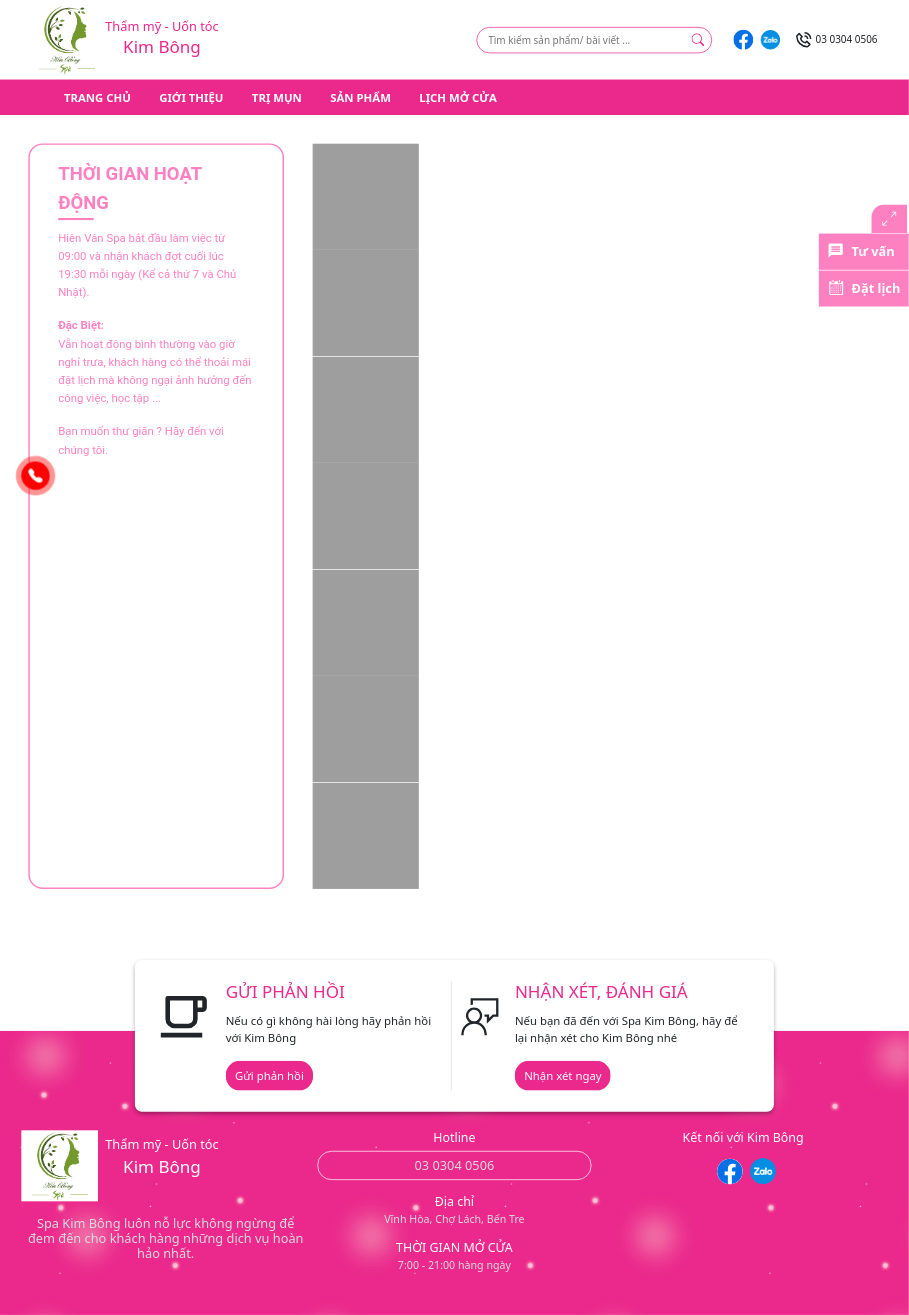
Repository: tranduykhuong/SpaKimBong
Page: /calendar
These files come from the project's save history. The page is drawn as it stood at one moment and after the next save; the edit follows.
The browser window is 1280 px wide. The pictures show the whole page, at 71% of full size.
Pictures or frames that could not be fetched are drawn as grey boxes. The project was rebuilt for these pictures with package versions that can differ from the ones it lists, and the page was loaded fresh each time. Also part of the build but not shown: src/components/Banner/banner.scss, src/components/Banner/Banner.js, src/pages/Home/home.scss, src/pages/Home/ListImage/listImage.scss, src/pages/Home/ListImage/ListImage.js, src/pages/Home/BookOnline/bookOnl.scss, src/pages/Home/BookOnline/Modal/ModalBook/modalbook.scss, src/pages/Home/BookOnline/Modal/ModalBook/modalbook.js and 24 more.

Above is the page before, as saved 2022-06-06 23:56:07.

### src/App.js
import "./App.scss";
import Header from "./components/Header/Header";
import Home from "./pages/Home/Home";
import "bootstrap/dist/css/bootstrap.min.css";
import { Route, Routes } from "react-router-dom";
import About from "./pages/About/About";
import Products from "./pages/Product/Products";
import ProductDetail from "./pages/Product/ProductDetail/ProductDetail";
import AcneTreatment from "./pages/AcneTreatment/AcneTreatment";
import ContactToolbox from "./components/ContactToolbox/ContactToolbox";
import BackToTop from "./components/BackToTop/BackToTop";
import PhoneTool from "./components/PhoneTool/PhoneTool";
import Calendar from "./pages/Calendar/Calendar";

function App() {
  return (
    <div className="App">
      <Header />
      <ContactToolbox />
      <BackToTop />
      <PhoneTool />
      <Routes>
        <Route path="/" element={<Home />} />
        <Route path="/about" element={<About />} />
        <Route path="/products" element={<Products />} />
        <Route path="/acne" element={<AcneTreatment />} />
        <Route path="/calendar" element={<Calendar />} />

        <Route path="/products/1" element={<ProductDetail />} />
      </Routes>
    </div>
  );
}

export default App;

### src/components/Header/Header.js
import React, { useEffect, useState } from "react";
import "./header.scss";
import { BsSearch, BsFacebook } from "react-icons/bs";
import { BiPhoneCall } from "react-icons/bi";
import { Link, useLocation } from "react-router-dom";

function Header() {
  const path = useLocation().pathname;
  const [fixedNavbar, setFixedNavbar] = useState(false);

  useEffect(() => {
    const handleScroll = () => {
      if (window.scrollY < 1) {
        setFixedNavbar(true);
      }

      if (window.scrollY > 170) setFixedNavbar(true);
      else setFixedNavbar(false);
    };

    window.addEventListener("scroll", handleScroll);

    return () => {
      window.removeEventListener("scroll", handleScroll);
    };
  }, []);

  useEffect(() => {
    window.scrollTo(0, 0);
  }, [path]);

  return (
    <div className="header">
      <div className={"infor " + (fixedNavbar ? "mg-navbar" : "")}>
        <div className="logo">
          <img src="../../img/logoSpa.png" alt="" />
          <div className="nameSpa">
            <h4>Thẩm mỹ - Uốn tóc</h4>
            <h2>Kim Bông</h2>
          </div>
        </div>

        <div className="search">
          <input type="text" placeholder="Tìm kiếm sản phẩm/ bài viết ..." />
          <a className="icon">
            <BsSearch className="iconSearch" />
          </a>
        </div>

        <div className="contact">
          <a href="/" className="icon">
            <BsFacebook className="iconFacebook" />
          </a>
          <a href="/" className="icon">
            <img src="../../img/Zalo.png" alt="" className="iconZalo" />
          </a>

          <div className="phone">
            <BiPhoneCall className="iconPhone" />
            <h3>03 0304 0506</h3>
          </div>
        </div>
      </div>
      <div className={"myNavbar " + (fixedNavbar ? "fixedNavbar" : "")}>
        <div className="navbarContent">
          <ul className="navbarList">
            <li className={path === "/" ? "active" : ""}>
              <Link to="/">TRANG CHỦ</Link>
            </li>
            <li className={path === "/about" ? "active" : ""}>
              <Link to="/about">GIỚI THIỆU</Link>
            </li>
            {/* <li className={path === "/skin" ? "active" : ""}>
              <Link to="/">CHĂM SÓC DA</Link>
            </li> */}
            <li className={path === "/acne" ? "active" : ""}>
              <Link to="/acne">TRỊ MỤN</Link>
            </li>
            <li className={path === "/products" ? "active" : ""}>
              <Link to="/products">SẢN PHẨM</Link>
            </li>
            <li className={path === "/open-time" ? "active" : ""}>
              <Link to="/calendar">LỊCH MỞ CỬA</Link>
            </li>
          </ul>
        </div>
      </div>
    </div>
  );
}

export default Header;

### src/components/ContactToolbox/ContactToolbox.js
import React, { useState } from "react";
import "./contactToolbox.scss";
import { MdMessage } from "react-icons/md";
import { GoCalendar } from "react-icons/go";
import { BsArrowsAngleExpand } from "react-icons/bs";

const ContactToolbox = () => {
  const [hidden, setHidden] = useState(false);

  return (
    <div className="contactFixed">
      <div className="toolboxScroll" onClick={() => setHidden((prev) => !prev)}>
        <BsArrowsAngleExpand className="iconArrow" />
      </div>
      <div className={"toolboxList " + (hidden ? "hidden" : "open")}>
        <div className="advise toolboxItem">
          <MdMessage className="iconMessage" />
          <p>Tư vấn</p>
        </div>
        <div className="book toolboxItem">
          <GoCalendar className="iconCalendar" />
          <p>Đặt lịch</p>
        </div>
      </div>
    </div>
  );
};

export default ContactToolbox;

### src/components/BackToTop/BackToTop.js
import React, { useEffect, useState } from "react";
import "./backToTop.scss";
import { FaRegArrowAltCircleUp } from "react-icons/fa";

const BackToTop = () => {
  const [clicked, setClick] = useState(true);
  const [hiddenArrow, setHiddenArrow] = useState(true);

  useEffect(() => {
    const handleScroll = () => {
      if (window.scrollY > 550) setHiddenArrow(false);
      else setHiddenArrow(true);
    };
    window.addEventListener("scroll", handleScroll);
    return () => {
      window.removeEventListener("scroll", handleScroll);
    };
  }, []);

  useEffect(() => {
    window.scrollTo(0, 0);
  }, [clicked]);

  return (
    <div
      className={"backToTop " + (hiddenArrow ? "" : "show")}
      onClick={() => setClick((prev) => !prev)}
    >
      <FaRegArrowAltCircleUp className="icon" />
    </div>
  );
};

export default BackToTop;

### src/components/PhoneTool/PhoneTool.js
import React from "react";
import "./phoneTool.scss";
import { BsFillTelephoneFill } from "react-icons/bs";

const PhoneTool = () => {
  return (
    <div className="phoneTool">
      <div className="phone">
        <BsFillTelephoneFill className="iconPhone" />
      </div>
      <div className="circle"></div>
    </div>
  );
};

export default PhoneTool;

### src/components/Header/header.scss
@import '../../SCSS/base/variables.scss';
$height-navbar: 5rem;

.header {
    .mg-navbar {
        margin-bottom: $height-navbar;
    }

    .infor {
        max-width: 1200px;
        padding: .6rem 0;
        display: flex;
        justify-content: space-between;
        margin: 0 auto;

        .logo {
            display: flex;
            flex: 1;

            img {
                height: 10rem;
            }

            .nameSpa {
                color: $main-color;
                margin: auto 0;

                h4 {
                    font-size: 1.8rem;
                    font-weight: 500;
                }

                h2 {
                    font-size: 2.4rem;
                }
            }
        }


        .search {
            margin: auto 0;
            border-radius: 50px;
            border: solid .1rem $main-color;
            height: 37px;
            display: flex;

            input {
                font-size: 1.4rem;
                margin: auto 16px;
                min-width: 26rem;
                border: none;
                outline: none;
            }

            .icon {
                margin: auto 10px;
                cursor: pointer;
            }

            .iconSearch {
                width: 1.8rem;
                height: 1.8rem;
                color: $main-color;

                &:hover {
                    color: #f867b2;
                }
            }
        }

        .contact {
            display: flex;
            margin-left: 20px;

            .icon {
                margin: auto 0;
                margin-left: 10px;

            }

            .iconFacebook {
                width: 2.8rem;
                height: 2.8rem;
                color: rgba($color: #0570e6, $alpha: 1.0);
            }

            .iconZalo {
                width: 2.8rem;
                height: 2.8rem;
                border-radius: 50%;
            }

            .phone {
                margin: auto 0;
                margin-left: 20px;
                display: flex;

                .iconPhone {
                    width: 2.6rem;
                    height: 2.6rem;
                }

                h3 {
                    font-size: 1.4rem;
                    font-weight: 500;
                    margin: auto 4px;
                }
            }

        }
    }

    .fixedNavbar {
        position: fixed;
        top: 0;
        left: 0;
        z-index: 50;
        width: 100%;
        animation: fixedNavbar 1s forwards;
    }

    @keyframes fixedNavbar {
        from {
            top: -5rem;
            opacity: 0;
        }

        to {
            top: 0;
            opacity: 1;
        }
    }

    .myNavbar {
        height: $height-navbar;
        background-color: $main-color;

        .navbarContent {
            max-width: 1200px;
            margin: 0 auto;

            .navbarList {
                display: flex;
                margin: 0 1rem;
                // justify-content: space-evenly;

                li {
                    list-style: none;

                    a {
                        line-height: $height-navbar;
                        height: $height-navbar;
                        display: block;
                        color: #fff;
                        font-size: 1.6rem;
                        font-weight: 600;
                        text-decoration: none;
                        padding: 0 2rem;
                    }

                    &:hover {
                        background-color: #f844a1;
                        cursor: pointer;
                    }
                }

                .active {
                    background-color: #dd0876;
                }
            }
        }
    }
}

### src/components/Footer/Footer.js
import React, { useEffect } from "react";
import "./footer.scss";
import { BsFacebook } from "react-icons/bs";
import { RiCupLine } from "react-icons/ri";
import { VscFeedback } from "react-icons/vsc";

const Footer = () => {
  return (
    <div className="footer">
      <div className="logo">
        <div className="info">
          <img src="../../img/logoSpa.png" alt="" />
          <div className="nameSpa">
            <h4>Thẩm mỹ - Uốn tóc</h4>
            <h2>Kim Bông</h2>
          </div>
        </div>

        <h5>
          Spa Kim Bông luôn nỗ lực không ngừng để đem đến cho khách hàng những
          dịch vụ hoàn hảo nhất.
        </h5>
      </div>

      <div className="address">
        <h3>Hotline</h3>
        <div className="hotline">03 0304 0506</div>
        <h3>Địa chỉ</h3>
        <h4>Vĩnh Hòa, Chợ Lách, Bến Tre</h4>
        <h3>THỜI GIAN MỞ CỬA</h3>
        <h4>7:00 - 21:00 hàng ngày</h4>
      </div>
      <div className="contact">
        <h3>Kết nối với Kim Bông</h3>
        <a href="/" className="icon">
          <BsFacebook className="iconFacebook" />
        </a>
        <a href="/" className="icon">
          <img src="../../img/Zalo.png" alt="" className="iconZalo" />
        </a>
      </div>

      <div className="subFooter">
        <div className="report">
          <RiCupLine className="icon" />
          <div>
            <h3>Gửi phản hồi</h3>
            <p>Nếu có gì không hài lòng hãy phản hồi với Kim Bông</p>
            <div className="btn">Gửi phản hồi</div>
          </div>
        </div>
        <div className="feedback">
          <VscFeedback className="icon" />
          <div>
            <h3>Nhận xét, Đánh giá</h3>
            <p>
              Nếu bạn đã đến với Spa Kim Bông, hãy để lại nhận xét cho Kim Bông
              nhé
            </p>
            <div className="btn">Nhận xét ngay</div>
          </div>
        </div>
      </div>
    </div>
  );
};

export default Footer;

### src/components/ContactToolbox/contactToolbox.scss
.contactFixed {
    position: fixed;
    top: 50%;
    transform: translateY(-50%);
    right: 0;
    z-index: 100;
    cursor: pointer;

    .toolboxScroll {
        border-top-left-radius: 1.8rem;
        background-color: rgba($color: #fc2c97, $alpha: 0.6);
        width: 5rem;
        padding: 1rem;
        color: #fff;
        transform: translateX(149%);
        border-bottom: 1px solid #fff;

        .iconArrow {
            width: 2rem;
            height: 2rem;
        }
    }

    .toolboxList {
        background-color: rgba($color: #fc2c97, $alpha: 0.6);


        .toolboxItem {
            display: flex;
            padding: 1.2rem;
            color: #fff;

            p {
                font-size: 1.8rem;
                margin: 0;
                padding-left: 1rem;
                font-weight: 600;
            }
        }

        .advise {
            border-bottom: 1px solid #fff;

            .iconMessage {
                width: 2.4rem;
                height: 2.4rem;
            }
        }

        .book {

            .iconCalendar {
                width: 2.4rem;
                height: 2.4rem;
            }
        }
    }

    .hidden {
        animation: toRight 0.8s linear forwards;
    }

    .open {
        animation: toLeft 0.8s linear backwards;
    }

    @keyframes toRight {
        to {
            transform: translateX(62%);
        }
    }

    @keyframes toLeft {
        from {
            transform: translateX(62%);

        }

        to {
            transform: translateX(0);
        }
    }
}

### src/components/BackToTop/backToTop.scss
.backToTop {
    position: fixed;
    bottom: 2rem;
    right: 2rem;
    z-index: 100;
    display: none;

    .icon {
        width: 4rem;
        height: 4rem;
        color: #fa72b8;
        cursor: pointer;
    }
}

.show {
    animation: FadeIn 0.8s forwards;
    display: block;

    @keyframes FadeIn {
        from {
            bottom: 0;
        }

        to {
            bottom: 2rem;
        }
    }
}

### src/components/PhoneTool/phoneTool.scss
.phoneTool {
    position: fixed;
    width: 6rem;
    height: 6rem;
    left: 1rem;
    border-radius: 50%;
    bottom: 3rem;
    z-index: 100;
    cursor: pointer;

    .phone {
        position: absolute;
        z-index: 5;
        top: 34%;
        left: 34%;
        background-color: red;
        padding: 1rem;
        border-radius: 50%;
        animation: phoneSkin 1s infinite ease-in-out;

        .iconPhone {
            height: 2rem;
            width: 2rem;
            color: #fff;

        }

        @keyframes phoneSkin {
            0% {
                transform: rotate(0) scale(1) skew(1deg);
            }

            10% {
                transform: rotate(-25deg) scale(1) skew(1deg);
            }

            20% {
                transform: rotate(25deg) scale(1) skew(1deg);
            }

            30% {
                transform: rotate(-25deg) scale(1) skew(1deg);
            }

            40% {
                transform: rotate(25deg) scale(1) skew(1deg);
            }

            50% {
                transform: rotate(0) scale(1) skew(1deg);
            }

            100% {
                transform: rotate(0) scale(1) skew(1deg);
            }
        }
    }

    .circle {
        position: absolute;
        width: 6rem;
        height: 6rem;
        border-radius: 50%;
        top: 16%;
        left: 16%;
        background-color: rgba($color: rgb(255, 42, 42), $alpha: 0.5);
        animation: zoom 1s infinite;

        @keyframes zoom {
            0% {
                transform: scale(0.9);
            }

            70% {
                transform: scale(1);
                box-shadow: 0 0 0 15px transparent;
            }

            100% {
                transform: scale(0.9);
                box-shadow: 0 0 0 0 transparent;
            }
        }
    }
}

### src/pages/Calendar/calendar.scss
.container-calendar {
  .container-bg-calendar {
    .calendar {
      display: flex;
      width: 100%;
      text-align: left;
      padding: 4rem;
      font-family: "Roboto", sans-serif;

      .calendar-content {
        width: 30%;
        border: solid 2px #fd80c1;
        // border-bottom-left-radius: 20px;
        // border-top-left-radius: 20px;
        // border-top-right-radius: 20px;
        border-radius: 20px;
        padding: 2rem 4rem 0;
        margin-right: 4rem;
        h3 {
          margin: 0 0 13px;
          color: #fd80c1;
          font-size: 26px;
          font-weight: bold;
          line-height: 1.6;
        }

        h3:after {
          content: "";
          display: block;
          width: 5rem;
          height: 0.25rem;
          background: #fd80c1;
        }

        #special {
          color: #fd80c1;
          font-size: 16px;
          line-height: 1.6;
          margin-bottom: 0;
        }

        p {
          margin: 0 0 21px;
          color: #fd80c1;
          font-size: 16px;
          line-height: 1.6;
        }
      }

      .calendar-boxs-day {
        width: 70%;
        border: solid 2px #fd80c1;
        border-radius: 20px;
        //padding: 2rem 4rem 0;

        .calendar-boxs {
          display: flex;
          width: 100%;
          justify-content: space-evenly;

          .calendar-box {
            width: 14.2857142857%;
            //border: solid 2px #fd80c1;
          }
        }
      }
    }
  }
}

### src/SCSS/base/variables.scss
$main-color: #eb288c;
$text-color: #444;
$title-color: #fff;

### src/components/Footer/footer.scss
@import '../../SCSS/base/variables.scss';

.footer {
    background-image: url(../../../public/img/sparkle1.png), url(../../../public/img/sparkle2.png);
    width: 100%;
    height: 400px;
    background-color: $main-color;
    animation: sparkle 60s linear infinite;
    padding: 14rem 3rem 0;
    display: flex;
    justify-content: space-around;
    position: relative;
    margin-top: 16rem;

    .logo {
        flex: 1;

        .info {
            display: flex;

            img {
                height: 10rem;
            }

            .nameSpa {
                color: $title-color;
                margin: 1rem;

                h4 {
                    font-size: 1.8rem;
                    font-weight: 500;
                }

                h2 {
                    font-size: 2.4rem;
                }
            }
        }

        h5 {
            margin: 2rem .6rem;
            font-size: 1.8rem;
            font-weight: 400;
            color: #ddd;
        }
    }

    .contact {
        flex: 1;
        text-align: center;

        h3 {
            margin-bottom: 1.8rem;
            color: $title-color;
        }

        .icon {
            margin: auto 0;
            margin-left: 10px;

        }

        .iconFacebook {
            width: 3.6rem;
            height: 3.6rem;
            color: rgba($color: #0570e6, $alpha: 1.0);
            background-color: $title-color;
            border-radius: 50%;
        }

        .iconZalo {
            width: 3.7rem;
            height: 3.7rem;
            border-radius: 50%;
        }
    }

    .address {
        color: #ddd;
        flex: 1;
        text-align: center;

        h3 {
            // margin-bottom: 2rem;
            color: $title-color;
        }

        h4 {
            margin-bottom: 2rem;
        }

        .hotline {
            padding: .6rem;
            font-size: 1.8rem;
            margin: .8rem 1rem 2rem;
            border: 1px solid $title-color;
            border-radius: 2rem;

            &:hover {
                color: $title-color;
                cursor: pointer;
            }
        }
    }

    @keyframes sparkle {
        0% {
            background-position: 0px 0px, 0px 0px, 0px 0px;
        }

        100% {
            background-position: -500px -1000px, -400px -400px, 300px 300px;
        }
    }

    .subFooter {
        width: 100%;
        max-width: 90rem;
        min-height: 20rem;
        box-shadow: 0 3px 6px -4px rgba(0, 0, 0, 0.2), 0 3px 6px rgba(0, 0, 0, 0.3);

        background-color: #fff;
        border-radius: 1rem;
        z-index: 50;
        top: -10rem;
        left: 50%;
        transform: translateX(-50%);
        position: absolute;
        display: flex;
        padding: 3rem;
        justify-content: space-around;

        .report,
        .feedback {
            display: flex;
            flex: 1;
            justify-content: center;
            text-align: left;

            h3 {
                text-transform: uppercase;
                font-size: 2.4rem;
                color: $main-color;
            }

            p {
                font-size: 1.6rem;
                padding: 1rem 1.4rem 1rem 0;
            }

            .icon {
                height: 10rem;
                width: 10rem;
                margin-right: 2rem;
            }

            .btn {
                padding: 0.8rem 1.2rem;
                background-color: $main-color;
                border-radius: 2rem;
                font-size: 1.6rem;
                color: #fff;

                &:hover {
                    background-color: #cc1574;
                }
            }
        }

        .report {
            border-right: 1px solid #ddd;
        }

        .feedback {
            margin-left: 1rem;
        }
    }
}

Loaded but not shown: public/index.html (common file); src/index.js (common file); src/index.css (common file); src/reportWebVitals.js (common file); src/App.scss (common file); src/pages/Calendar/Calendar.js (86 lines, source omitted)

After the next save:
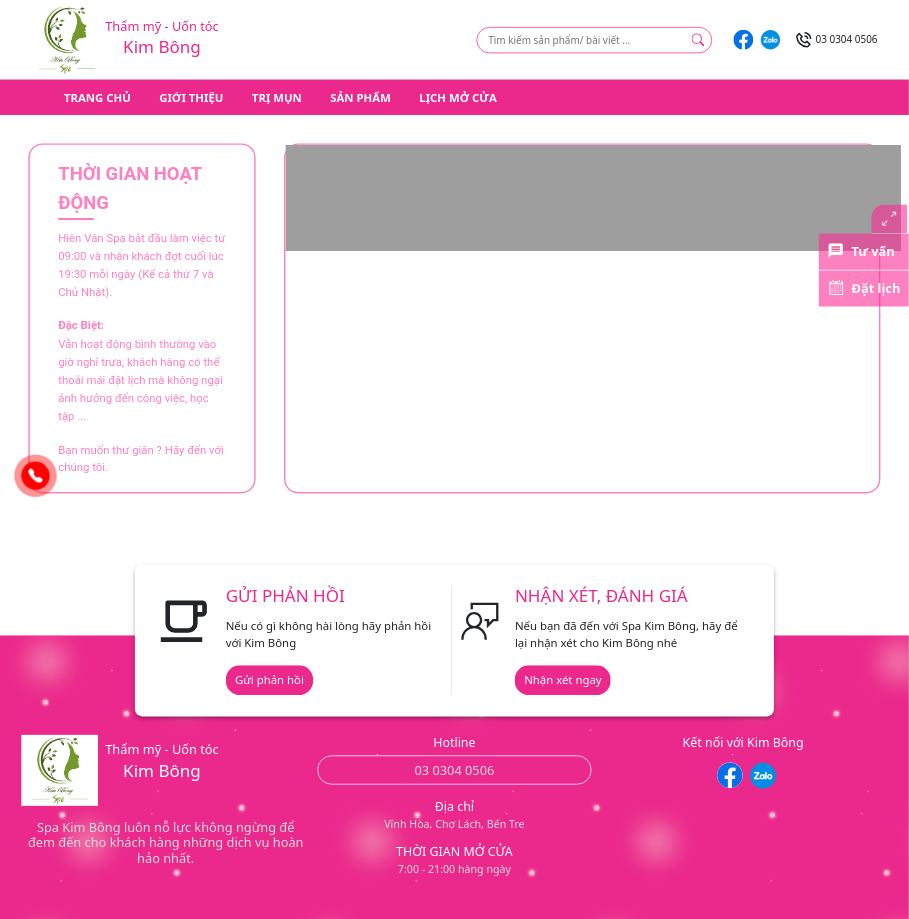
Saved 42 s later.
--- a/src/pages/Calendar/calendar.scss
+++ b/src/pages/Calendar/calendar.scss
@@ -47,21 +47,18 @@
         }
       }
 
-      .calendar-boxs-day {
+      .calendar-boxs {
+        display: flex;
+        width: 100%;
         width: 70%;
         border: solid 2px #fd80c1;
         border-radius: 20px;
         //padding: 2rem 4rem 0;
+        justify-content: space-evenly;
 
-        .calendar-boxs {
-          display: flex;
-          width: 100%;
-          justify-content: space-evenly;
-
-          .calendar-box {
-            width: 14.2857142857%;
-            //border: solid 2px #fd80c1;
-          }
+        .calendar-box {
+          width: 14.2857142857%;
+          //border: solid 2px #fd80c1;
         }
       }
     }
